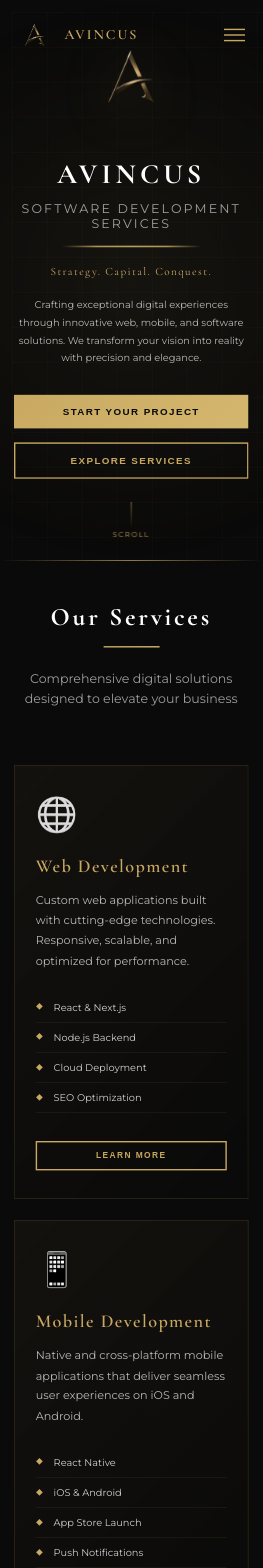
Repository: GiLLBaTesx/avincus-website
Page: /
These files come from the project's save history. The page is drawn as it stood at one moment and after the next save; the edit follows.
The browser window is 375 px wide. The pictures show the part of the page from y = 0 to 2240 px (the page is 11147 px tall), at 70% of full size.
The project was rebuilt for these pictures with package versions that can differ from the ones it lists, and the page was loaded fresh each time.

Above is the page before, as saved 2026-05-28 12:07:56.

### public/index.html
<!DOCTYPE html>
<html lang="en">
  <head>
    <meta charset="utf-8" />
    <link rel="icon" href="%PUBLIC_URL%/avincus-logo.png" />
    <meta name="viewport" content="width=device-width, initial-scale=1" />
    <meta name="theme-color" content="#0a0a0a" />
    <meta
      name="description"
      content="AVINCUS SOFTWARE DEVELOPMENT SERVICES - Premium Software Development | Web, Mobile & Software Solutions"
    />
    <link rel="preconnect" href="https://fonts.googleapis.com">
    <link rel="preconnect" href="https://fonts.gstatic.com" crossorigin>
    <link href="https://fonts.googleapis.com/css2?family=Cormorant+Garamond:wght@300;400;500;600;700&family=Montserrat:wght@300;400;500;600;700&display=swap" rel="stylesheet">
    <title>AVINCUS SOFTWARE DEVELOPMENT SERVICES - Strategy. Capital. Conquest.</title>
  </head>
  <body>
    <noscript>You need to enable JavaScript to run this app.</noscript>
    <div id="root"></div>
  </body>
</html>

### src/index.css
* {
  margin: 0;
  padding: 0;
  box-sizing: border-box;
}

body {
  margin: 0;
  font-family: 'Montserrat', -apple-system, BlinkMacSystemFont, 'Segoe UI', 'Roboto', 'Oxygen',
    'Ubuntu', 'Cantarell', 'Fira Sans', 'Droid Sans', 'Helvetica Neue',
    sans-serif;
  -webkit-font-smoothing: antialiased;
  -moz-osx-font-smoothing: grayscale;
  background-color: #0a0a0a;
  color: #ffffff;
  overflow-x: hidden;
}

code {
  font-family: source-code-pro, Menlo, Monaco, Consolas, 'Courier New',
    monospace;
}

::-webkit-scrollbar {
  width: 10px;
}

::-webkit-scrollbar-track {
  background: #0a0a0a;
}

::-webkit-scrollbar-thumb {
  background: #c9a961;
  border-radius: 5px;
}

::-webkit-scrollbar-thumb:hover {
  background: #d4b76e;
}

### src/App.css
.App {
  min-height: 100vh;
  background-color: #0a0a0a;
}

/* Smooth scrolling */
html {
  scroll-behavior: smooth;
}

/* Section styling */
section {
  position: relative;
  overflow: hidden;
}

/* Gold accent line */
.gold-line {
  width: 60px;
  height: 2px;
  background: linear-gradient(90deg, #c9a961, #d4b76e);
  margin: 20px auto;
}

/* Animations */
@keyframes fadeInUp {
  from {
    opacity: 0;
    transform: translateY(30px);
  }
  to {
    opacity: 1;
    transform: translateY(0);
  }
}

@keyframes fadeIn {
  from {
    opacity: 0;
  }
  to {
    opacity: 1;
  }
}

@keyframes shimmer {
  0% {
    background-position: -1000px 0;
  }
  100% {
    background-position: 1000px 0;
  }
}

.fade-in-up {
  animation: fadeInUp 0.8s ease-out forwards;
}

.fade-in {
  animation: fadeIn 1s ease-out forwards;
}

/* Responsive typography */
@media (max-width: 768px) {
  html {
    font-size: 14px;
  }
}

@media (max-width: 480px) {
  html {
    font-size: 12px;
  }
}

### src/components/Navbar.css
.navbar {
  position: fixed;
  top: 0;
  left: 0;
  right: 0;
  z-index: 1000;
  padding: 20px 0;
  transition: all 0.3s ease;
  background: transparent;
}

.navbar.scrolled {
  background: rgba(10, 10, 10, 0.95);
  backdrop-filter: blur(10px);
  padding: 15px 0;
  box-shadow: 0 2px 20px rgba(201, 169, 97, 0.1);
}

.navbar-container {
  max-width: 1400px;
  margin: 0 auto;
  padding: 0 40px;
  display: flex;
  justify-content: space-between;
  align-items: center;
}

.navbar-logo {
  display: flex;
  align-items: center;
  gap: 12px;
  cursor: pointer;
  transition: transform 0.3s ease;
}

.navbar-logo:hover {
  transform: translateY(-2px);
}

.logo-image {
  width: 67.5px;
  height: 67.5px;
  object-fit: contain;
  transition: transform 0.3s ease;
}

.logo-text {
  font-family: 'Cormorant Garamond', serif;
  font-size: 24px;
  font-weight: 600;
  letter-spacing: 3px;
  color: #c9a961;
}

.navbar-menu {
  display: flex;
  gap: 40px;
  align-items: center;
}

.nav-link {
  background: none;
  border: none;
  color: #ffffff;
  font-size: 14px;
  font-weight: 500;
  letter-spacing: 1px;
  text-transform: uppercase;
  cursor: pointer;
  position: relative;
  padding: 8px 0;
  transition: color 0.3s ease;
}

.nav-link::after {
  content: '';
  position: absolute;
  bottom: 0;
  left: 0;
  width: 0;
  height: 2px;
  background: linear-gradient(90deg, #c9a961, #d4b76e);
  transition: width 0.3s ease;
}

.nav-link:hover {
  color: #c9a961;
}

.nav-link:hover::after {
  width: 100%;
}

.nav-link-cta {
  background: linear-gradient(135deg, #c9a961, #d4b76e);
  color: #0a0a0a;
  padding: 12px 30px;
  border-radius: 0;
  font-weight: 600;
  transition: all 0.3s ease;
}

.nav-link-cta::after {
  display: none;
}

.nav-link-cta:hover {
  background: linear-gradient(135deg, #d4b76e, #e0c87f);
  color: #0a0a0a;
  transform: translateY(-2px);
  box-shadow: 0 5px 20px rgba(201, 169, 97, 0.3);
}

.navbar-toggle {
  display: none;
  flex-direction: column;
  gap: 6px;
  background: none;
  border: none;
  cursor: pointer;
  padding: 5px;
}

.bar {
  width: 30px;
  height: 2px;
  background: #c9a961;
  transition: all 0.3s ease;
}

.bar.active:nth-child(1) {
  transform: rotate(45deg) translate(8px, 8px);
}

.bar.active:nth-child(2) {
  opacity: 0;
}

.bar.active:nth-child(3) {
  transform: rotate(-45deg) translate(8px, -8px);
}

@media (max-width: 968px) {
  .navbar-toggle {
    display: flex;
  }

  .navbar-menu {
    position: fixed;
    top: 70px;
    right: -100%;
    width: 300px;
    height: calc(100vh - 70px);
    background: rgba(10, 10, 10, 0.98);
    backdrop-filter: blur(10px);
    flex-direction: column;
    padding: 40px;
    gap: 30px;
    transition: right 0.3s ease;
    border-left: 1px solid rgba(201, 169, 97, 0.2);
  }

  .navbar-menu.active {
    right: 0;
  }

  .nav-link {
    width: 100%;
    text-align: left;
    font-size: 16px;
  }

  .nav-link-cta {
    text-align: center;
  }
}

@media (max-width: 480px) {
  .navbar-container {
    padding: 0 20px;
  }

  .logo-text {
    font-size: 20px;
  }

  .logo-image {
    width: 60px;
    height: 60px;
  }
}

### src/components/Hero.css
.hero {
  min-height: 100vh;
  display: flex;
  align-items: center;
  justify-content: center;
  position: relative;
  overflow: hidden;
  background: #0a0a0a;
}

.hero-background {
  position: absolute;
  top: 0;
  left: 0;
  right: 0;
  bottom: 0;
  z-index: 0;
}

.hero-grid {
  position: absolute;
  top: 0;
  left: 0;
  right: 0;
  bottom: 0;
  background-image:
    linear-gradient(rgba(201, 169, 97, 0.03) 1px, transparent 1px),
    linear-gradient(90deg, rgba(201, 169, 97, 0.03) 1px, transparent 1px);
  background-size: 50px 50px;
  animation: gridMove 20s linear infinite;
}

@keyframes gridMove {
  0% {
    transform: translate(0, 0);
  }
  100% {
    transform: translate(50px, 50px);
  }
}

.hero-gradient {
  position: absolute;
  top: 50%;
  left: 50%;
  transform: translate(-50%, -50%);
  width: 800px;
  height: 800px;
  background: radial-gradient(circle, rgba(201, 169, 97, 0.1) 0%, transparent 70%);
  animation: pulse 4s ease-in-out infinite;
}

@keyframes pulse {
  0%, 100% {
    transform: translate(-50%, -50%) scale(1);
    opacity: 0.5;
  }
  50% {
    transform: translate(-50%, -50%) scale(1.1);
    opacity: 0.8;
  }
}

.hero-content {
  position: relative;
  z-index: 1;
  text-align: center;
  max-width: 900px;
  padding: 0 40px;
  opacity: 0;
  transform: translateY(30px);
  transition: all 1s ease-out;
}

.hero-content.visible {
  opacity: 1;
  transform: translateY(0);
}

.hero-logo {
  margin-bottom: 35px;
  animation: fadeInDown 1s ease-out 0.2s forwards;
  opacity: 0;
}

@keyframes fadeInDown {
  from {
    opacity: 0;
    transform: translateY(-30px);
  }
  to {
    opacity: 1;
    transform: translateY(0);
  }
}

.hero-logo-image {
  width: 255px;
  height: 255px;
  margin: 0 auto;
  object-fit: contain;
  filter: drop-shadow(0 10px 40px rgba(201, 169, 97, 0.3));
  animation: logoFloat 3s ease-in-out infinite;
}

@keyframes logoFloat {
  0%, 100% {
    transform: translateY(0);
  }
  50% {
    transform: translateY(-10px);
  }
}

.hero-title {
  font-family: 'Cormorant Garamond', serif;
  font-size: 80px;
  font-weight: 700;
  letter-spacing: 12px;
  color: #ffffff;
  margin-bottom: 15px;
  animation: fadeInUp 1s ease-out 0.4s forwards;
  opacity: 0;
}

.hero-subtitle {
  font-family: 'Montserrat', sans-serif;
  font-size: 18px;
  font-weight: 400;
  letter-spacing: 3px;
  color: rgba(255, 255, 255, 0.6);
  margin-bottom: 20px;
  animation: fadeInUp 1s ease-out 0.5s forwards;
  opacity: 0;
  text-transform: uppercase;
}

@keyframes fadeInUp {
  from {
    opacity: 0;
    transform: translateY(30px);
  }
  to {
    opacity: 1;
    transform: translateY(0);
  }
}

.hero-divider {
  width: 200px;
  height: 2px;
  background: linear-gradient(90deg, transparent, #c9a961, #d4b76e, #c9a961, transparent);
  margin: 0 auto 25px;
  animation: fadeIn 1s ease-out 0.6s forwards;
  opacity: 0;
}

@keyframes fadeIn {
  from {
    opacity: 0;
  }
  to {
    opacity: 1;
  }
}

.hero-tagline {
  font-family: 'Cormorant Garamond', serif;
  font-size: 24px;
  font-weight: 400;
  letter-spacing: 4px;
  color: #c9a961;
  margin-bottom: 25px;
  animation: fadeInUp 1s ease-out 0.8s forwards;
  opacity: 0;
}

.hero-description {
  font-size: 18px;
  line-height: 1.8;
  color: rgba(255, 255, 255, 0.7);
  margin-bottom: 40px;
  max-width: 700px;
  margin-left: auto;
  margin-right: auto;
  animation: fadeInUp 1s ease-out 1s forwards;
  opacity: 0;
}

.hero-cta {
  display: flex;
  gap: 20px;
  justify-content: center;
  flex-wrap: wrap;
  animation: fadeInUp 1s ease-out 1.2s forwards;
  opacity: 0;
  margin-bottom: 100px;
}

.cta-primary,
.cta-secondary {
  padding: 16px 40px;
  font-size: 14px;
  font-weight: 600;
  letter-spacing: 2px;
  text-transform: uppercase;
  border: none;
  cursor: pointer;
  transition: all 0.3s ease;
  position: relative;
  overflow: hidden;
}

.cta-primary {
  background: linear-gradient(135deg, #c9a961, #d4b76e);
  color: #0a0a0a;
}

.cta-primary:hover {
  transform: translateY(-3px);
  box-shadow: 0 10px 30px rgba(201, 169, 97, 0.4);
}

.cta-secondary {
  background: transparent;
  color: #c9a961;
  border: 2px solid #c9a961;
}

.cta-secondary:hover {
  background: rgba(201, 169, 97, 0.1);
  transform: translateY(-3px);
}

.hero-scroll {
  position: absolute;
  bottom: 50px;
  left: 50%;
  transform: translateX(-50%);
  display: flex;
  flex-direction: column;
  align-items: center;
  gap: 10px;
  color: #c9a961;
  font-size: 12px;
  letter-spacing: 2px;
  text-transform: uppercase;
  animation: fadeIn 1s ease-out 1.5s forwards;
  opacity: 0;
  z-index: 10;
}

.scroll-indicator {
  width: 2px;
  height: 40px;
  background: linear-gradient(to bottom, #c9a961, transparent);
  animation: scrollMove 2s ease-in-out infinite;
}

@keyframes scrollMove {
  0%, 100% {
    transform: translateY(0);
    opacity: 1;
  }
  50% {
    transform: translateY(10px);
    opacity: 0.5;
  }
}

@media (max-width: 968px) {
  .hero-title {
    font-size: 60px;
    letter-spacing: 8px;
  }

  .hero-logo-image {
    width: 170px;
    height: 170px;
  }

  .hero-tagline {
    font-size: 20px;
  }

  .hero-description {
    font-size: 16px;
  }

  .hero-cta {
    margin-bottom: 80px;
  }
}

@media (max-width: 480px) {
  .hero-content {
    padding: 0 20px;
  }

  .hero-title {
    font-size: 40px;
    letter-spacing: 6px;
  }

  .hero-logo-image {
    width: 140px;
    height: 140px;
  }

  .hero-tagline {
    font-size: 16px;
    letter-spacing: 2px;
  }

  .hero-description {
    font-size: 14px;
  }

  .hero-cta {
    flex-direction: column;
    width: 100%;
    margin-bottom: 70px;
  }

  .cta-primary,
  .cta-secondary {
    width: 100%;
  }

  .hero-scroll {
    bottom: 30px;
    font-size: 10px;
  }
}

### src/components/Services.css
.services {
  min-height: 100vh;
  padding: 120px 40px;
  background: #0a0a0a;
  position: relative;
}

.services::before {
  content: '';
  position: absolute;
  top: 0;
  left: 0;
  right: 0;
  height: 1px;
  background: linear-gradient(90deg, transparent, #c9a961, transparent);
}

.services-container {
  max-width: 1400px;
  margin: 0 auto;
}

.services-header {
  text-align: center;
  margin-bottom: 80px;
  opacity: 0;
  transform: translateY(30px);
  transition: all 0.8s ease-out;
}

.services-header.visible {
  opacity: 1;
  transform: translateY(0);
}

.section-title {
  font-family: 'Cormorant Garamond', serif;
  font-size: 56px;
  font-weight: 700;
  letter-spacing: 4px;
  color: #ffffff;
  margin-bottom: 20px;
}

.gold-line {
  width: 80px;
  height: 2px;
  background: linear-gradient(90deg, #c9a961, #d4b76e);
  margin: 0 auto 30px;
}

.section-subtitle {
  font-size: 18px;
  color: rgba(255, 255, 255, 0.6);
  max-width: 600px;
  margin: 0 auto;
  line-height: 1.6;
}

.services-grid {
  display: grid;
  grid-template-columns: repeat(auto-fit, minmax(350px, 1fr));
  gap: 40px;
}

.service-card {
  background: linear-gradient(135deg, rgba(201, 169, 97, 0.05), rgba(10, 10, 10, 0.8));
  border: 1px solid rgba(201, 169, 97, 0.2);
  padding: 50px 40px;
  transition: all 0.4s ease;
  position: relative;
  overflow: hidden;
  opacity: 0;
  transform: translateY(30px);
}

.service-card.visible {
  animation: fadeInUp 0.8s ease-out forwards;
}

.service-card::before {
  content: '';
  position: absolute;
  top: 0;
  left: -100%;
  width: 100%;
  height: 100%;
  background: linear-gradient(90deg, transparent, rgba(201, 169, 97, 0.1), transparent);
  transition: left 0.6s ease;
}

.service-card:hover::before {
  left: 100%;
}

.service-card:hover {
  transform: translateY(-10px);
  border-color: #c9a961;
  box-shadow: 0 20px 60px rgba(201, 169, 97, 0.2);
}

.service-icon {
  font-size: 64px;
  margin-bottom: 30px;
  filter: grayscale(100%) brightness(1.5);
  transition: all 0.3s ease;
}

.service-card:hover .service-icon {
  filter: grayscale(0%) brightness(1);
  transform: scale(1.1);
}

.service-title {
  font-family: 'Cormorant Garamond', serif;
  font-size: 32px;
  font-weight: 600;
  color: #c9a961;
  margin-bottom: 20px;
  letter-spacing: 2px;
}

.service-description {
  font-size: 16px;
  line-height: 1.8;
  color: rgba(255, 255, 255, 0.7);
  margin-bottom: 30px;
}

.service-features {
  list-style: none;
  margin-bottom: 40px;
}

.service-features li {
  padding: 12px 0;
  color: rgba(255, 255, 255, 0.8);
  font-size: 14px;
  display: flex;
  align-items: center;
  gap: 15px;
  border-bottom: 1px solid rgba(201, 169, 97, 0.1);
}

.feature-bullet {
  color: #c9a961;
  font-size: 10px;
}

.service-button {
  background: transparent;
  border: 2px solid #c9a961;
  color: #c9a961;
  padding: 12px 30px;
  font-size: 12px;
  font-weight: 600;
  letter-spacing: 2px;
  text-transform: uppercase;
  cursor: pointer;
  transition: all 0.3s ease;
  width: 100%;
}

.service-button:hover {
  background: #c9a961;
  color: #0a0a0a;
  transform: translateY(-2px);
}

@media (max-width: 968px) {
  .services {
    padding: 80px 30px;
  }

  .section-title {
    font-size: 42px;
  }

  .services-grid {
    grid-template-columns: 1fr;
    gap: 30px;
  }
}

@media (max-width: 480px) {
  .services {
    padding: 60px 20px;
  }

  .section-title {
    font-size: 36px;
  }

  .service-card {
    padding: 40px 30px;
  }

  .service-icon {
    font-size: 48px;
  }

  .service-title {
    font-size: 26px;
  }
}

### src/components/About.css
.about {
  min-height: 100vh;
  padding: 120px 40px;
  background: linear-gradient(180deg, #0a0a0a 0%, #0f0f0f 100%);
  position: relative;
}

.about::before {
  content: '';
  position: absolute;
  top: 0;
  left: 0;
  right: 0;
  height: 1px;
  background: linear-gradient(90deg, transparent, #c9a961, transparent);
}

.about-container {
  max-width: 1400px;
  margin: 0 auto;
}

.about-content {
  display: grid;
  grid-template-columns: 1fr 1fr;
  gap: 80px;
  align-items: center;
}

.about-text {
  opacity: 0;
  transform: translateX(-30px);
  transition: all 0.8s ease-out;
}

.about-text.visible {
  opacity: 1;
  transform: translateX(0);
}

.about-description {
  font-size: 16px;
  line-height: 1.8;
  color: rgba(255, 255, 255, 0.7);
  margin-bottom: 25px;
}

.about-values {
  display: grid;
  grid-template-columns: repeat(3, 1fr);
  gap: 30px;
  margin-top: 50px;
}

.value-item {
  text-align: center;
  padding: 30px 20px;
  background: rgba(201, 169, 97, 0.05);
  border: 1px solid rgba(201, 169, 97, 0.2);
  transition: all 0.3s ease;
}

.value-item:hover {
  background: rgba(201, 169, 97, 0.1);
  border-color: #c9a961;
  transform: translateY(-5px);
}

.value-item h3 {
  font-family: 'Cormorant Garamond', serif;
  font-size: 24px;
  color: #c9a961;
  margin-bottom: 10px;
  letter-spacing: 2px;
}

.value-item p {
  font-size: 14px;
  color: rgba(255, 255, 255, 0.6);
}

.about-stats {
  display: grid;
  grid-template-columns: repeat(2, 1fr);
  gap: 40px;
  opacity: 0;
  transform: translateX(30px);
  transition: all 0.8s ease-out;
}

.about-stats.visible {
  opacity: 1;
  transform: translateX(0);
}

.stat-item {
  text-align: center;
  padding: 50px 30px;
  background: linear-gradient(135deg, rgba(201, 169, 97, 0.1), rgba(10, 10, 10, 0.5));
  border: 1px solid rgba(201, 169, 97, 0.3);
  position: relative;
  overflow: hidden;
  opacity: 0;
  animation: fadeInUp 0.8s ease-out forwards;
}

.stat-item::before {
  content: '';
  position: absolute;
  top: 0;
  left: 0;
  right: 0;
  height: 3px;
  background: linear-gradient(90deg, #c9a961, #d4b76e);
  transform: scaleX(0);
  transition: transform 0.6s ease;
}

.stat-item:hover::before {
  transform: scaleX(1);
}

.stat-number {
  font-family: 'Cormorant Garamond', serif;
  font-size: 56px;
  font-weight: 700;
  color: #c9a961;
  margin-bottom: 15px;
  letter-spacing: 2px;
}

.stat-label {
  font-size: 14px;
  color: rgba(255, 255, 255, 0.7);
  text-transform: uppercase;
  letter-spacing: 2px;
}

@media (max-width: 968px) {
  .about {
    padding: 80px 30px;
  }

  .about-content {
    grid-template-columns: 1fr;
    gap: 60px;
  }

  .about-values {
    grid-template-columns: 1fr;
    gap: 20px;
  }

  .about-stats {
    grid-template-columns: repeat(2, 1fr);
    gap: 20px;
  }

  .stat-item {
    padding: 40px 20px;
  }

  .stat-number {
    font-size: 42px;
  }
}

@media (max-width: 480px) {
  .about {
    padding: 60px 20px;
  }

  .about-stats {
    grid-template-columns: 1fr;
  }

  .stat-number {
    font-size: 36px;
  }
}

### src/components/Portfolio.css
.portfolio {
  min-height: 100vh;
  padding: 120px 40px;
  background: #0a0a0a;
  position: relative;
}

.portfolio::before {
  content: '';
  position: absolute;
  top: 0;
  left: 0;
  right: 0;
  height: 1px;
  background: linear-gradient(90deg, transparent, #c9a961, transparent);
}

.portfolio-container {
  max-width: 1400px;
  margin: 0 auto;
}

.portfolio-header {
  text-align: center;
  margin-bottom: 80px;
  opacity: 0;
  transform: translateY(30px);
  transition: all 0.8s ease-out;
}

.portfolio-header.visible {
  opacity: 1;
  transform: translateY(0);
}

.portfolio-grid {
  display: grid;
  grid-template-columns: repeat(auto-fit, minmax(380px, 1fr));
  gap: 40px;
}

.portfolio-card {
  background: rgba(15, 15, 15, 0.8);
  border: 1px solid rgba(201, 169, 97, 0.2);
  overflow: hidden;
  transition: all 0.4s ease;
  opacity: 0;
  transform: translateY(30px);
}

.portfolio-card.visible {
  animation: fadeInUp 0.8s ease-out forwards;
}

.portfolio-card:hover {
  transform: translateY(-10px);
  border-color: #c9a961;
  box-shadow: 0 20px 60px rgba(201, 169, 97, 0.2);
}

.portfolio-image {
  height: 250px;
  background: linear-gradient(135deg, rgba(201, 169, 97, 0.2), rgba(10, 10, 10, 0.8));
  position: relative;
  overflow: hidden;
}

.portfolio-image::before {
  content: '';
  position: absolute;
  top: 50%;
  left: 50%;
  transform: translate(-50%, -50%);
  width: 100px;
  height: 100px;
  background: linear-gradient(135deg, #c9a961, #d4b76e);
  clip-path: polygon(50% 0%, 100% 25%, 100% 75%, 50% 100%, 0% 75%, 0% 25%);
  opacity: 0.3;
}

.portfolio-overlay {
  position: absolute;
  top: 0;
  left: 0;
  right: 0;
  bottom: 0;
  background: rgba(10, 10, 10, 0.9);
  display: flex;
  align-items: center;
  justify-content: center;
  opacity: 0;
  transition: opacity 0.3s ease;
}

.portfolio-card:hover .portfolio-overlay {
  opacity: 1;
}

.view-project {
  background: linear-gradient(135deg, #c9a961, #d4b76e);
  color: #0a0a0a;
  border: none;
  padding: 12px 30px;
  font-size: 12px;
  font-weight: 600;
  letter-spacing: 2px;
  text-transform: uppercase;
  cursor: pointer;
  transition: all 0.3s ease;
}

.view-project:hover {
  transform: scale(1.05);
  box-shadow: 0 5px 20px rgba(201, 169, 97, 0.4);
}

.portfolio-content {
  padding: 30px;
}

.portfolio-category {
  display: inline-block;
  font-size: 11px;
  color: #c9a961;
  text-transform: uppercase;
  letter-spacing: 2px;
  margin-bottom: 15px;
  padding: 5px 15px;
  border: 1px solid rgba(201, 169, 97, 0.3);
}

.portfolio-title {
  font-family: 'Cormorant Garamond', serif;
  font-size: 28px;
  font-weight: 600;
  color: #ffffff;
  margin-bottom: 15px;
  letter-spacing: 1px;
}

.portfolio-description {
  font-size: 14px;
  line-height: 1.6;
  color: rgba(255, 255, 255, 0.6);
  margin-bottom: 20px;
}

.portfolio-tech {
  display: flex;
  flex-wrap: wrap;
  gap: 10px;
}

.tech-tag {
  font-size: 11px;
  color: rgba(255, 255, 255, 0.7);
  background: rgba(201, 169, 97, 0.1);
  padding: 5px 12px;
  border: 1px solid rgba(201, 169, 97, 0.2);
  letter-spacing: 1px;
}

@media (max-width: 968px) {
  .portfolio {
    padding: 80px 30px;
  }

  .portfolio-grid {
    grid-template-columns: 1fr;
    gap: 30px;
  }
}

@media (max-width: 480px) {
  .portfolio {
    padding: 60px 20px;
  }

  .portfolio-card {
    margin: 0;
  }

  .portfolio-content {
    padding: 25px;
  }

  .portfolio-title {
    font-size: 24px;
  }
}

### src/components/Contact.css
.contact {
  min-height: 100vh;
  padding: 120px 40px;
  background: linear-gradient(180deg, #0a0a0a 0%, #0f0f0f 100%);
  position: relative;
}

.contact::before {
  content: '';
  position: absolute;
  top: 0;
  left: 0;
  right: 0;
  height: 1px;
  background: linear-gradient(90deg, transparent, #c9a961, transparent);
}

.contact-container {
  max-width: 1400px;
  margin: 0 auto;
}

.contact-header {
  text-align: center;
  margin-bottom: 80px;
  opacity: 0;
  transform: translateY(30px);
  transition: all 0.8s ease-out;
}

.contact-header.visible {
  opacity: 1;
  transform: translateY(0);
}

.contact-content {
  display: grid;
  grid-template-columns: 1fr 1.5fr;
  gap: 60px;
}

.contact-info {
  display: flex;
  flex-direction: column;
  gap: 30px;
  opacity: 0;
  transform: translateX(-30px);
  transition: all 0.8s ease-out;
}

.contact-info.visible {
  opacity: 1;
  transform: translateX(0);
}

.info-item {
  padding: 30px;
  background: rgba(201, 169, 97, 0.05);
  border: 1px solid rgba(201, 169, 97, 0.2);
  transition: all 0.3s ease;
}

.info-item:hover {
  background: rgba(201, 169, 97, 0.1);
  border-color: #c9a961;
  transform: translateX(10px);
}

.info-icon {
  font-size: 32px;
  margin-bottom: 15px;
}

.info-item h3 {
  font-family: 'Cormorant Garamond', serif;
  font-size: 20px;
  color: #c9a961;
  margin-bottom: 10px;
  letter-spacing: 1px;
}

.info-item p {
  font-size: 14px;
  color: rgba(255, 255, 255, 0.7);
}

.contact-form {
  opacity: 0;
  transform: translateX(30px);
  transition: all 0.8s ease-out;
}

.contact-form.visible {
  opacity: 1;
  transform: translateX(0);
}

.form-group {
  margin-bottom: 25px;
}

.form-input {
  width: 100%;
  padding: 18px 20px;
  background: rgba(15, 15, 15, 0.8);
  border: 1px solid rgba(201, 169, 97, 0.2);
  color: #ffffff;
  font-size: 14px;
  font-family: 'Montserrat', sans-serif;
  transition: all 0.3s ease;
}

.form-input:focus {
  outline: none;
  border-color: #c9a961;
  background: rgba(15, 15, 15, 1);
  box-shadow: 0 0 20px rgba(201, 169, 97, 0.1);
}

.form-input::placeholder {
  color: rgba(255, 255, 255, 0.4);
}

select.form-input {
  cursor: pointer;
}

textarea.form-input {
  resize: vertical;
  min-height: 150px;
}

.form-submit {
  width: 100%;
  padding: 18px;
  background: linear-gradient(135deg, #c9a961, #d4b76e);
  border: none;
  color: #0a0a0a;
  font-size: 14px;
  font-weight: 600;
  letter-spacing: 2px;
  text-transform: uppercase;
  cursor: pointer;
  transition: all 0.3s ease;
}

.form-submit:hover {
  transform: translateY(-3px);
  box-shadow: 0 10px 30px rgba(201, 169, 97, 0.4);
}

@media (max-width: 968px) {
  .contact {
    padding: 80px 30px;
  }

  .contact-content {
    grid-template-columns: 1fr;
    gap: 50px;
  }
}

@media (max-width: 480px) {
  .contact {
    padding: 60px 20px;
  }

  .info-item {
    padding: 25px;
  }

  .form-input {
    padding: 15px;
  }
}

### src/components/Footer.css
.footer {
  background: #0a0a0a;
  padding: 80px 40px 40px;
  border-top: 1px solid rgba(201, 169, 97, 0.2);
}

.footer-container {
  max-width: 1400px;
  margin: 0 auto;
}

.footer-content {
  display: grid;
  grid-template-columns: 2fr 1fr 1fr 1fr;
  gap: 60px;
  margin-bottom: 60px;
}

.footer-brand {
  max-width: 350px;
}

.footer-logo {
  display: flex;
  align-items: center;
  gap: 12px;
  margin-bottom: 20px;
}

.footer-logo-image {
  width: 67.5px;
  height: 67.5px;
  object-fit: contain;
}

.footer-logo-text {
  font-family: 'Cormorant Garamond', serif;
  font-size: 24px;
  font-weight: 600;
  letter-spacing: 3px;
  color: #c9a961;
}

.footer-tagline {
  font-family: 'Cormorant Garamond', serif;
  font-size: 14px;
  color: #c9a961;
  letter-spacing: 2px;
  margin-bottom: 15px;
}

.footer-description {
  font-size: 14px;
  line-height: 1.6;
  color: rgba(255, 255, 255, 0.6);
}

.footer-links h3,
.footer-services h3,
.footer-contact h3 {
  font-family: 'Cormorant Garamond', serif;
  font-size: 20px;
  color: #c9a961;
  margin-bottom: 20px;
  letter-spacing: 1px;
}

.footer-links button {
  display: block;
  background: none;
  border: none;
  color: rgba(255, 255, 255, 0.7);
  font-size: 14px;
  padding: 8px 0;
  cursor: pointer;
  text-align: left;
  transition: all 0.3s ease;
}

.footer-links button:hover {
  color: #c9a961;
  transform: translateX(5px);
}

.footer-services p,
.footer-contact p {
  font-size: 14px;
  color: rgba(255, 255, 255, 0.7);
  padding: 8px 0;
}

.footer-social {
  display: flex;
  gap: 15px;
  margin-top: 20px;
}

.footer-social a {
  width: 40px;
  height: 40px;
  display: flex;
  align-items: center;
  justify-content: center;
  border: 1px solid rgba(201, 169, 97, 0.3);
  color: #c9a961;
  text-decoration: none;
  font-size: 14px;
  font-weight: 600;
  transition: all 0.3s ease;
}

.footer-social a:hover {
  background: #c9a961;
  color: #0a0a0a;
  border-color: #c9a961;
  transform: translateY(-3px);
}

.footer-bottom {
  text-align: center;
}

.footer-divider {
  height: 1px;
  background: linear-gradient(90deg, transparent, rgba(201, 169, 97, 0.3), transparent);
  margin-bottom: 30px;
}

.footer-copyright {
  font-size: 12px;
  color: rgba(255, 255, 255, 0.5);
  letter-spacing: 1px;
}

@media (max-width: 968px) {
  .footer {
    padding: 60px 30px 30px;
  }

  .footer-content {
    grid-template-columns: 1fr 1fr;
    gap: 40px;
  }

  .footer-brand {
    grid-column: 1 / -1;
    max-width: 100%;
  }
}

@media (max-width: 480px) {
  .footer {
    padding: 40px 20px 20px;
  }

  .footer-content {
    grid-template-columns: 1fr;
    gap: 30px;
  }

  .footer-brand {
    grid-column: 1;
  }
}

Loaded but not shown: src/index.js (common file); src/components/Contact.js (144 lines, source omitted); src/components/Portfolio.js (109 lines, source omitted); src/components/Services.js (88 lines, source omitted); src/components/About.js (83 lines, source omitted); src/components/Footer.js (66 lines, source omitted); src/components/Hero.js (60 lines, source omitted); src/components/Navbar.js (45 lines, source omitted); src/App.js (36 lines, source omitted)

After the next save:
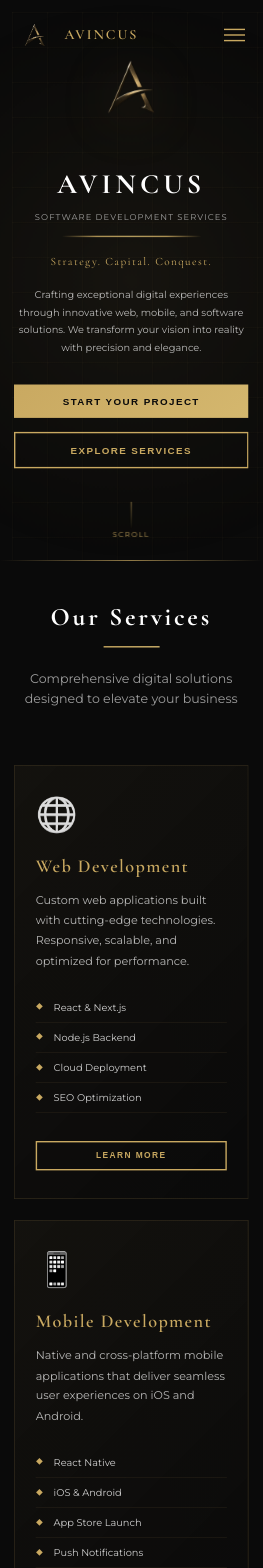
Saved 9 s later.
--- a/src/components/Hero.css
+++ b/src/components/Hero.css
@@ -274,6 +274,11 @@
     letter-spacing: 8px;
   }
 
+  .hero-subtitle {
+    font-size: 14px;
+    letter-spacing: 2px;
+  }
+
   .hero-logo-image {
     width: 170px;
     height: 170px;
@@ -300,6 +305,11 @@
   .hero-title {
     font-size: 40px;
     letter-spacing: 6px;
+  }
+
+  .hero-subtitle {
+    font-size: 12px;
+    letter-spacing: 1.5px;
   }
 
   .hero-logo-image {
